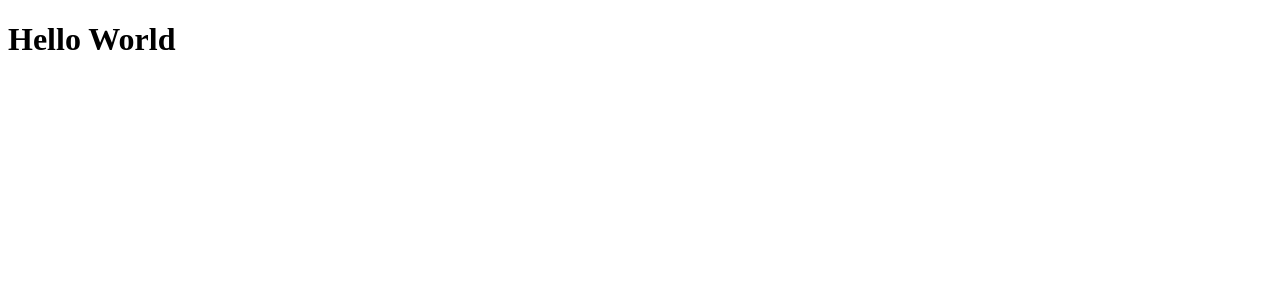
Repository: RPSKumara/DPEdudationPyhton
Page: JS/index.html
The author's editor kept a copy of each file at every save. The page is drawn from the files as they stood at one save, then again after the next save.
The browser window is 1280 px wide. The pictures show the whole page.

Above is the page before, as saved 2022-04-21 16:26:09.

### JS/index.html
<!DOCTYPE html>
<html lang="en">
<head>
    <meta charset="UTF-8">
    <meta http-equiv="X-UA-Compatible" content="IE=edge">
    <meta name="viewport" content="width=device-width, initial-scale=1.0">
    <title>Document</title>
</head>
<body>
    <form action="">
        <h1 id="hello"></h1>
        <script>
            function btnClickEvent (){
                document.write("Hello all this your javascript event")
            }
            document.getElementById("hello").textContent="Hello World";
        </script>
    </form>
</body>
</html>

After the next save:
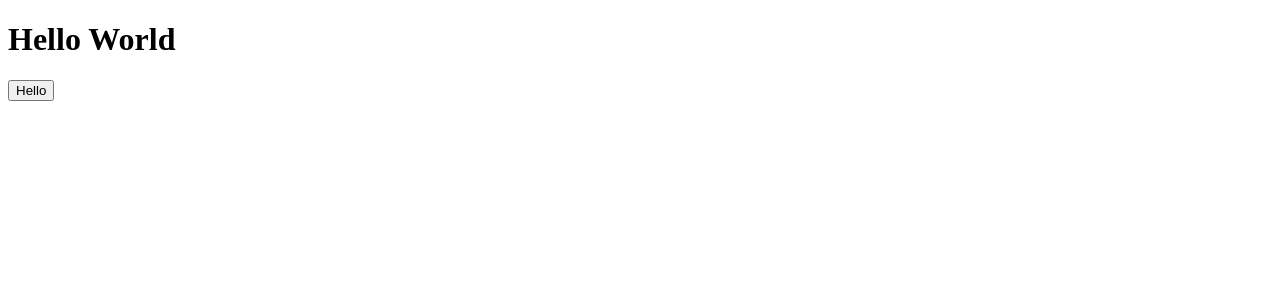
Saved 2 min 16 s later.
--- a/JS/index.html
+++ b/JS/index.html
@@ -9,6 +9,7 @@
 <body>
     <form action="">
         <h1 id="hello"></h1>
+        <button onclick="btnClickEvent()">Hello</button>
         <script>
             function btnClickEvent (){
                 document.write("Hello all this your javascript event")
